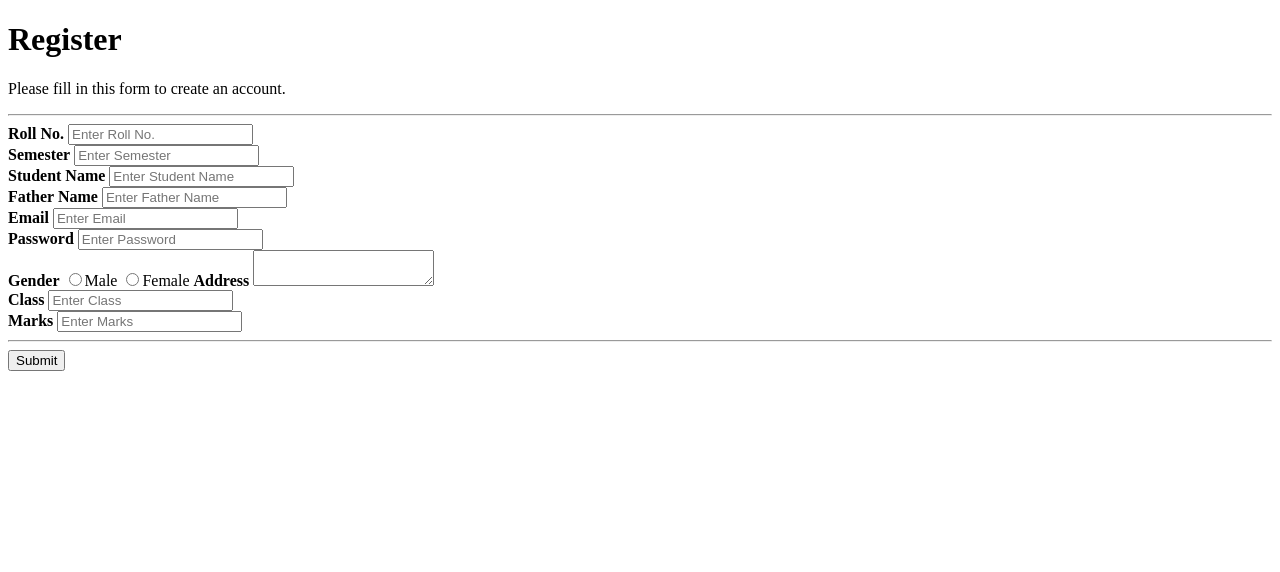
Repository: laxmichauhan/Student-Data-Insertion
Page: Application1/WebContent/register.html
The author's editor kept a copy of each file at every save. The page is drawn from the files as they stood at one save, then again after the next save.
The browser window is 1280 px wide. The pictures show the whole page.

Above is the page before, as saved 2019-02-19 07:29:13.

### Application1/WebContent/register.html
<!DOCTYPE html>
<html>
<head>
<meta charset="ISO-8859-1">
<title>Insert title here</title>
</head>
<body>
<form action="Register" method="post">
  <div class="container">
    <h1>Register</h1>
    <p>Please fill in this form to create an account.</p>
    <hr>
     <label for="RollNo"><b>Roll No.</b></label>
    <input type="text" placeholder="Enter Roll No." name="rollno" required><br>

     <label for="Semester"><b>Semester</b></label>
    <input type="text" placeholder="Enter Semester" name="sem" required><br>

    <label for="Student Name"><b>Student Name</b></label>
    <input type="text" placeholder="Enter Student Name" name="name" required><br>

	<label for="Father Name"><b>Father Name</b></label>
    <input type="text" placeholder="Enter Father Name" name="fname" required><br>

    <label for="email"><b>Email</b></label>
    <input type="text" placeholder="Enter Email" name="email" required><br>

    <label for="psw"><b>Password</b></label>
    <input type="password" placeholder="Enter Password" name="psw" required><br>

    <label for="Gender"><b>Gender</b></label>
    <input type="radio" name="gender" value="Male"/>Male
     <input type="radio" name="gender" value="Female"/>Female

    <label for="Address"><b>Address</b></label>
    <textarea name="address"></textarea><br>

    <label for="Class"><b>Class</b></label>
    <input type="text" placeholder="Enter Class" name="class" required><br>

     <label for="Marks"><b>Marks</b></label>
    <input type="text" placeholder="Enter Marks" name="Marks" required><br>
    <hr>
    <button type="submit">Submit</button>
  </div>
</form>
</form>

</body>
</html>

After the next save:
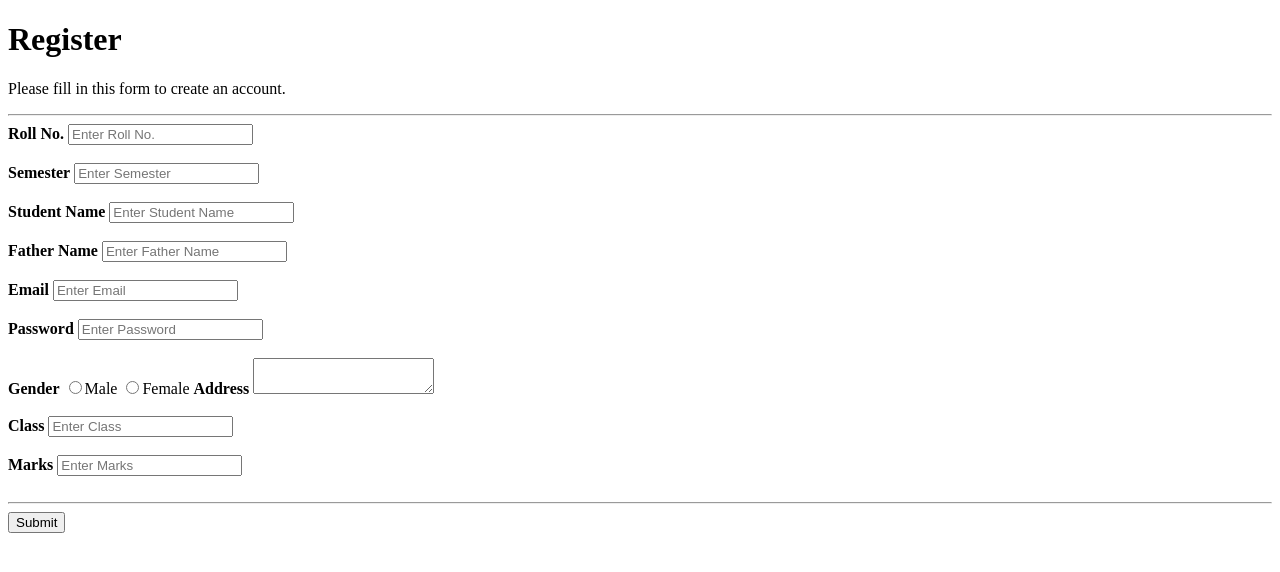
Saved 38 s later.
--- a/Application1/WebContent/register.html
+++ b/Application1/WebContent/register.html
@@ -11,35 +11,35 @@
     <p>Please fill in this form to create an account.</p>
     <hr>
      <label for="RollNo"><b>Roll No.</b></label>
-    <input type="text" placeholder="Enter Roll No." name="rollno" required><br>
+    <input type="text" placeholder="Enter Roll No." name="rollno" required><br><br>
 
      <label for="Semester"><b>Semester</b></label>
-    <input type="text" placeholder="Enter Semester" name="sem" required><br>
+    <input type="text" placeholder="Enter Semester" name="sem" required><br><br>
 
     <label for="Student Name"><b>Student Name</b></label>
-    <input type="text" placeholder="Enter Student Name" name="name" required><br>
+    <input type="text" placeholder="Enter Student Name" name="name" required><br><br>
 
 	<label for="Father Name"><b>Father Name</b></label>
-    <input type="text" placeholder="Enter Father Name" name="fname" required><br>
+    <input type="text" placeholder="Enter Father Name" name="fname" required><br><br>
 
     <label for="email"><b>Email</b></label>
-    <input type="text" placeholder="Enter Email" name="email" required><br>
+    <input type="text" placeholder="Enter Email" name="email" required><br><br>
 
     <label for="psw"><b>Password</b></label>
-    <input type="password" placeholder="Enter Password" name="psw" required><br>
+    <input type="password" placeholder="Enter Password" name="psw" required><br><br>
 
     <label for="Gender"><b>Gender</b></label>
     <input type="radio" name="gender" value="Male"/>Male
      <input type="radio" name="gender" value="Female"/>Female
 
     <label for="Address"><b>Address</b></label>
-    <textarea name="address"></textarea><br>
+    <textarea name="address"></textarea><br><br>
 
     <label for="Class"><b>Class</b></label>
-    <input type="text" placeholder="Enter Class" name="class" required><br>
+    <input type="text" placeholder="Enter Class" name="class" required><br><br>
 
      <label for="Marks"><b>Marks</b></label>
-    <input type="text" placeholder="Enter Marks" name="Marks" required><br>
+    <input type="text" placeholder="Enter Marks" name="Marks" required><br><br>
     <hr>
     <button type="submit">Submit</button>
   </div>
